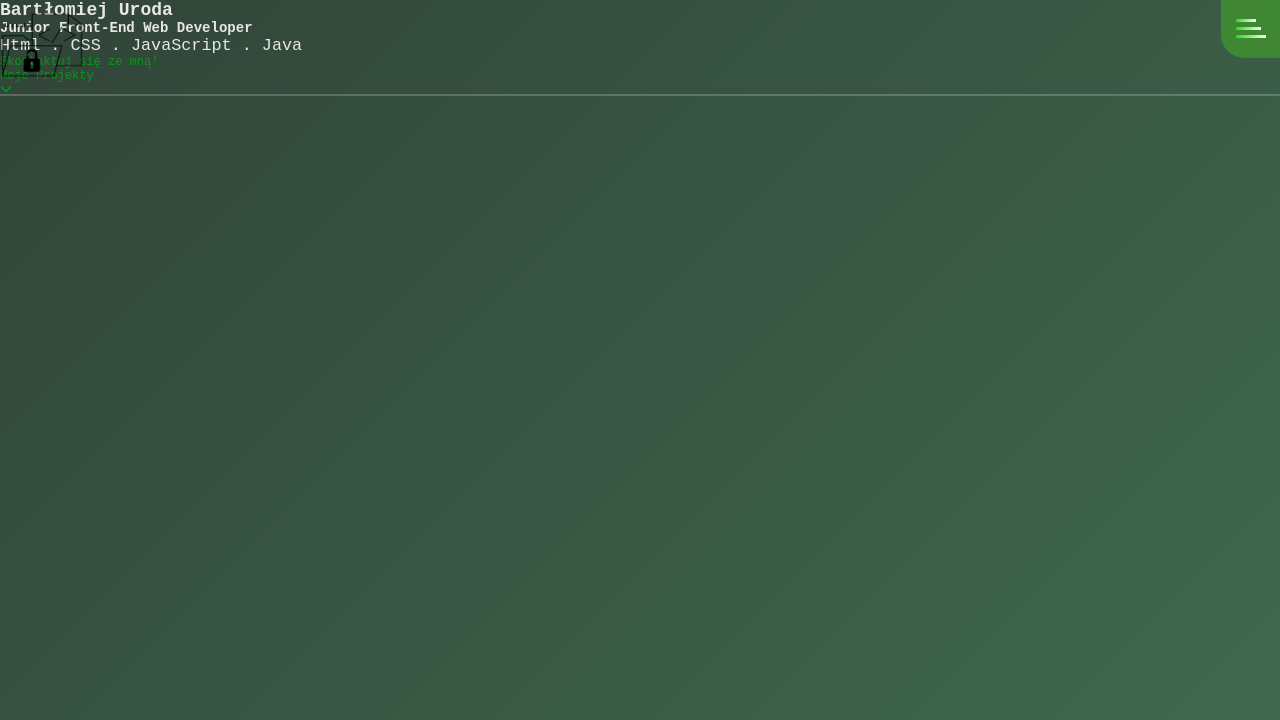
Repository: BartekUroda/portfolio
Page: index.html
These files come from the project's save history. The page is drawn as it stood at one moment and after the next save; the edit follows.
The browser window is 1280 px wide. The pictures show the whole page.
Some web fonts or font styles are not loaded; a fallback is used. Some web libraries are served in a nearby version.

Above is the page before, as saved 2020-10-26 23:52:55.

### index.html
<!DOCTYPE html>
<html lang="en">
<head>
    <meta charset="UTF-8">
    <meta name="viewport" content="width=device-width, initial-scale=1.0">
    <title>Portfolio | Bartek Uroda</title>
    <link rel="stylesheet" type="text/css" href="css/style.css">
    <link href="https://fonts.googleapis.com/css2?family=Poppins&sfamily=Share+Tech+Mono&display=swap" rel="stylesheet">
    <script src="https://kit.fontawesome.com/056e5c10dc.js" crossorigin="anonymous"></script>
    <link rel="shortcut icon" type="image/x-icon" href="images/favicon.ico" />
</head>
<body>
    <header>
        <div class="container">
            <nav>
                <div class="nav-brand">
                    <a href="index.html">
                        <img src="images/logo.png" alt="Uroda">
                    </a>
                </div>
                <div class="burger-menu-icon">
                    <div class="line1"></div>
                    <div class="line2"></div>
                    <div class="line3"></div>
                </div>
                <ul class="nav-list">
                    <li class="nav-item">
                      <a href="#landing-page">
                        <img
                          src="images/profile.jpeg"
                          alt="Bartek Uroda"
                          class="profile-pic nav-link"
                        >
                        <span class="caption nav-link">Bartek Uroda</span>
                      </a>
                    </li>
                    <li class="nav-item">
                      <a href="#about" class="nav-link">O mnie</a>
                    </li>
                    <li class="nav-item">
                      <a href="#services" class="nav-link">Usługi</a>
                    </li>
                    <li class="nav-item">
                      <a href="#projects" class="nav-link">Projekty</a>
                    </li>
                    <li class="nav-item">
                      <a href="#contact" class="nav-link">Kontakt</a>
                    </li>
                    <li class="nav-item">
                      <a href="https://www.facebook.com/bartlomiej.uroda.3" target="_blank" class="nav-link">
                        <i class="fab fa-facebook"></i>
                      </a>
                      <a href="https://github.com/Urodii" target="_blank" class="nav-link">
                        <i class="fab fa-github"></i>
                      </a>
                      <a href="https://www.youtube.com/channel/UCzT1h5RNvmbtrmKT5hPjyAg?view_as=subscriber" target="_blank" class="nav-link">
                        <i class="fab fa-youtube"></i>
                      </a>
                    </li>
                  </ul>
            </nav>
        </div>
    </header>
    <main>
      <section id="landing-page" class="landing-page">
        <div class="container">
          <div class="main-message">
            <h2>Bartłomiej Uroda</h2>
            <h3>Junior Front-End Web Developer</h3>
            <p>Html . CSS . JavaScript . Java</p>
            <div class="intro-btn">
              <div class="cta">
                <a href="#contact" class="btn">Skontaktuj się ze mną!</a>
              </div>
              <div class="cta">
                <a href="#projects" class="btn">Moje Projekty</a>
              </div>
            </div>
            <div>
              <a href="#about" class="scroll-down">
                <i class="fa fa-chevron-down" aria-hidden="true"></i>
              </a>
            </div>
          </div>
        </div>
      </section>
    </main>
 <script type="text/javascript" src="js/main.js"></script>
</body>
</html>

### css/style.css
/* ----------GLOBAL STYLES---------- */
*,
*::before,
*::after {
  margin: 0;
  padding: 0;
  box-sizing: inherit;
}
html {
    font-family: "Share Tech Mono", monospace;
    font-size: 12px;
    box-sizing: border-box;
    scroll-behavior: smooth;
    color: #e7e7e7;
    background: rgb(49, 68, 56);
}

a {
    text-decoration: none;
    color: rgb(3, 155, 23);
}

a:hover {
    color: rgba(249, 105, 14, 1);
}

ul {
    list-style: none;
}

p {
    font-size: 1.4rem;
}

img {
    width: 100%;
    max-width: 100%;
    height: auto;
}
/* ----------HEADER---------- */
header {
    width: 100%;
    height: 5rem;
    position: absolute;
    top: 0;
    left: 0;
    z-index: 1;
}
.contenier {
    width: 100%;
    max-width: 90rem;
    margin: 0 auto;
    padding: 0 1.5rem;
}
.nav-brand {
    width: 7rem;
}
nav {
    width: 100%;
    display: flex;
    align-items: center;
    justify-content: space-between;
    padding: 1rem 0;
    border-bottom: 2px solid rgba(255, 255, 255, .2);
}
.line1 {
    width: 20px;
    height: 3px;
    margin: 5px 0;
    background: linear-gradient(
      135deg,
      rgb(27, 218, 10) 0%,
      rgb(255, 255, 255) 100%
    );
}
.line2 {
    width: 25px;
    height: 3px;
    background: linear-gradient(
      135deg,
      rgb(27, 218, 10) 0%,
      rgb(255, 255, 255) 100%
    );
}
.line3 {
    width: 30px;
    height: 3px;
    margin: 5px 0;
    background: linear-gradient(
      135deg,
      rgb(27, 218, 10) 0%,
      rgb(255, 255, 255) 100%
    );
}
.burger-menu-icon {
    cursor: pointer;
    z-index: 999;
    position: fixed;
    right: 0;
    top: 0;
    background-color: rgba(67, 145, 47, 0.815);
    padding: 1.2rem;
    border-radius: 0% 0% 0% 40%;
}
.profile-pic {
    height: 9rem;
    width: auto;
    border-radius: 50%;
    display: block;
    margin: 1.5rem 0;
}
.caption {
    display: block;
}
.nav-list {
    width: 24rem;
    height: 100vh;
    background-color:  rgb(69, 85, 75);
    position: fixed;
    top: 0;
    right: -26rem;
    display: flex;
    flex-direction: column;
    align-items: center;
    justify-self: start;
    z-index: 998;
    transition: all 650ms ease-in-out;
}
.nav-list.active {
    right: 0;
}
.nav-item {
    margin: 1.2rem 0;
}
.nav-link {
    opacity: 0;
    font-size: 1.3rem;
    text-transform: uppercase;
    color: #cecece;
    letter-spacing: 1.5px;
}
.nav-link:hover {
    color: rgb(62, 248, 15);
}
.toggle {
    background: none;
}
.toggle .line1 {
    transform: rotate(-45deg) translate(-5px, 6px) scalex(2);
}
.toggle .line2 {
    opacity: 0;
}
.toggle .line3 {
    width: 20px;
    transform: rotate(45deg) translate(-5px, -6px) scalex(2);
    margin-left: 0px;
}
@keyframes navLinkAnimate {
    from{
        opacity: 0;
        transform: translate(50px);
    }
    to{
        opacity: 1;
        transform: translate(0px);
    }
}
/* ----------MAIN---------- */
.landing-page{
    width: 100%;
    height: 100vh;
    background: linear-gradient(
        135deg,
        rgb(49, 68, 56, 0.9) 0%,
        rgba(67, 114, 84, 0.8) 100%
    ),
    url('')
}

### js/main.js
//eselect elements
const selectElement = (s) => document.querySelector(s);
const navLinks = document.querySelectorAll(".nav-link");

selectElement(".burger-menu-icon").addEventListener("click", () => {
    selectElement(".nav-list").classList.toggle("active");
    selectElement(".burger-menu-icon").classList.toggle("toggle")

    navLinks.forEach((link, index) => {
        if (link.style.animation){
            link.style.animation = ""
        }else{
            link.style.animation = `navLinkAnimate 0.5s ease forwards ${ index/7 + 0.5}s`
            console.log(index/7 + 0.5)
        }
    })
});

After the next save:
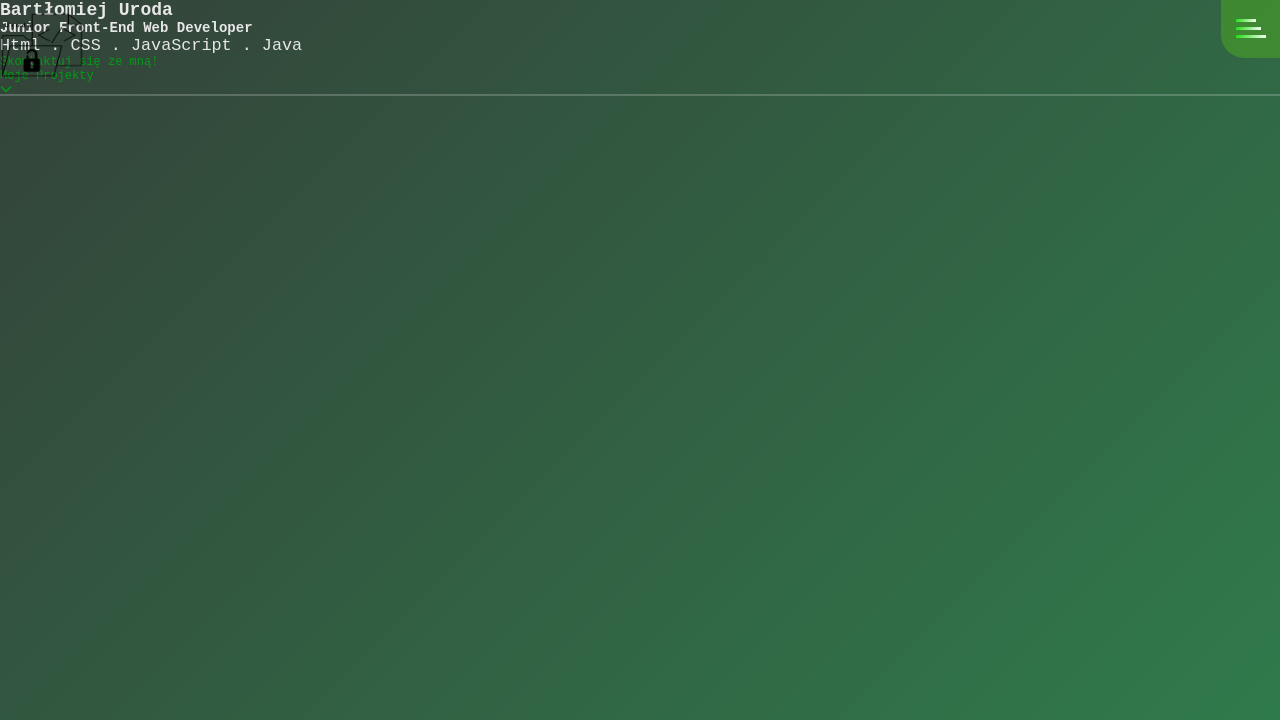
Saved 22 s later.
--- a/css/style.css
+++ b/css/style.css
@@ -172,8 +172,8 @@ nav {
     height: 100vh;
     background: linear-gradient(
         135deg,
-        rgb(49, 68, 56, 0.9) 0%,
-        rgba(67, 114, 84, 0.8) 100%
+        rgba(52, 66, 57, 0.9) 0%,
+        rgba(47, 136, 80, 0.8) 100%
     ),
     url('')
 }
